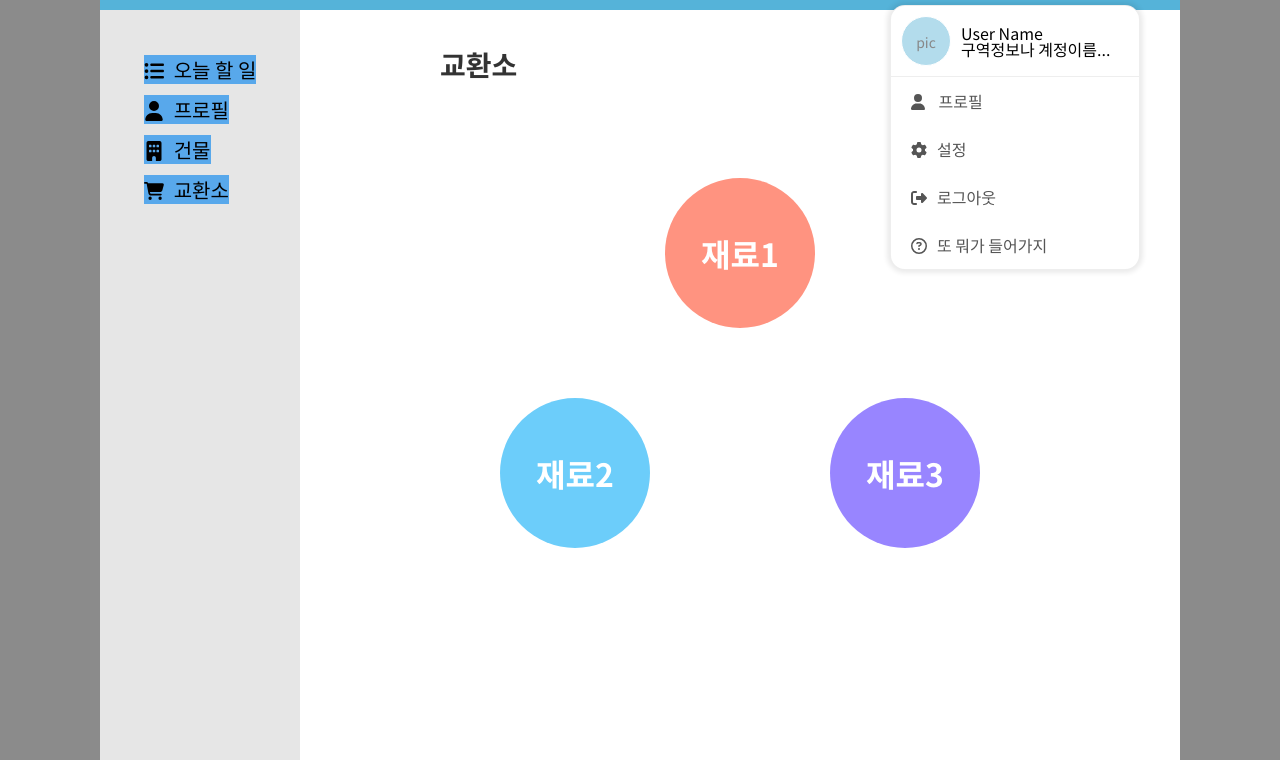
Repository: sunoo-lee/toVillage-old
Page: /#/trade
An editor plug-in stored every save of this project. The page is shown before and after the next save, followed by the edit.
The browser window is 1280 px wide. The pictures show the whole page.
The project was rebuilt for these pictures with package versions that can differ from the ones it lists, and the page was loaded fresh each time. Also part of the build but not shown: src/routes/Auth.js, src/components/Todo.js, src/components/AddForm.js, src/components/Main.js, src/routes/Home.js, src/components/MyProfile.js, src/routes/Profile.js, src/components/Area.module.css and 2 more.

Above is the page before, as saved 2022-10-13 03:01:29.

### src/components/App.js
import React, { useState } from "react";
import AppRouter from "./Router";

function App() {
  const [isLoggedIn, setIsLoggedIn] = useState(true);
  const onClick = () => {
    setIsLoggedIn(!isLoggedIn);
  };
  return (
    <>
      <AppRouter onClick={onClick} isLoggedIn={isLoggedIn} />
    </>
  );
}

export default App;

### src/style.css
@import url("https://fonts.googleapis.com/css2?family=Noto+Sans+KR:wght@400;500;700&display=swap");

* {
  box-sizing: border-box;
}

html,
body {
  padding: 0;
  margin: 0;
  font-family: "Noto Sans KR", -apple-system, BlinkMacSystemFont, Segoe UI,
    Roboto, Oxygen, Ubuntu, Cantarell, Fira Sans, Droid Sans, Helvetica Neue,
    sans-serif;
}

body {
  display: flex;
  justify-content: center;
  align-items: center;
  height: 800px;
  width: 1080px;
  margin: auto;
  height: 100vh;
  background-color: #9dbac7;
  background-color: #8b8b8b;
}

.container {
  background-color: aliceblue;
  background-color: #ffffff;
  min-width: 600px;
  width: 1080px;
  height: 800px;
  padding-left: 200px;
  padding-top: 50px;
  display: flex;
  justify-content: center;
}

### src/components/Router.js
import { HashRouter as Router, Routes, Route } from "react-router-dom";
import Auth from "../routes/Auth";
import Home from "../routes/Home";
import Profile from "../routes/Profile";
import Building from "../routes/Building";
import Trade from "../routes/Trade";
import Header from "./Header";
import Navigation from "./Navigation";

const AppRouter = ({ onClick, isLoggedIn }) => {
  return (
    <Router>
      {isLoggedIn}
      <Header />
      <Navigation onClick={onClick} />
      <Routes>
        {isLoggedIn ? (
          <>
            <Route
              exact
              path="/"
              element={<Home onClick={onClick} isLoggedIn={isLoggedIn} />}
            />
            <Route path="/profile" element={<Profile />} />
            <Route path="/building" element={<Building />} />
            <Route path="/trade" element={<Trade />} />
          </>
        ) : (
          <>
            <Route exact path="/" element={<Auth />} />
          </>
        )}
      </Routes>
    </Router>
  );
};

export default AppRouter;

### src/routes/Trade.js
import React from "react";
import TradingShop from "../components/TradingShop";

const Trade = () => {
  return (
    <>
      <div className={"container"}>
        <TradingShop />
      </div>
    </>
  );
};

export default Trade;

### src/components/Header.js
import { React } from "react";
import styles from "./Header.module.css";
import { FontAwesomeIcon } from "@fortawesome/react-fontawesome";
import { faBars, faUser } from "@fortawesome/free-solid-svg-icons";
import Dropdown from "./Dropdown";
// import MiniProfile from "./MiniProfile";

const Header = () => (
  <header id={styles.header}>
    <div className={styles.container}>
      <div className={styles.header_left}>
        <button className={styles.toggle_btn}>
          <FontAwesomeIcon icon={faBars} />
        </button>
      </div>
      <div className={styles.header_center}>
        {/* {new Date().getFullYear()}/{new Date().getMonth() + 1}/
      {new Date().getDate()} */}
      </div>
      <div className={styles.header_right}>
        <button>
          <FontAwesomeIcon icon={faUser} />
        </button>
        <Dropdown />
      </div>
    </div>
  </header>
);

export default Header;

### src/components/Navigation.js
import { React } from "react";
import { Link } from "react-router-dom";
// import MiniProfile from "./MiniProfile";
import styles from "./Navigation.module.css";
import { FontAwesomeIcon } from "@fortawesome/react-fontawesome";
import {
  faUser,
  faBuilding,
  faCartShopping,
  faListUl,
} from "@fortawesome/free-solid-svg-icons";

const Navigation = () => (
  <nav id={styles.nav}>
    {/* <MiniProfile /> */}
    <div className={styles.container}>
      <ul>
        <li>
          <Link to="/">
            <FontAwesomeIcon icon={faListUl} />
            <span>오늘 할 일</span>
          </Link>
        </li>
        <li>
          <Link to="/profile">
            <FontAwesomeIcon icon={faUser} />
            <span>프로필</span>
          </Link>
        </li>
        <li>
          <Link to="/building">
            <FontAwesomeIcon icon={faBuilding} />
            <span>건물</span>
          </Link>
        </li>
        <li>
          <Link to="/trade">
            <FontAwesomeIcon icon={faCartShopping} />
            <span>교환소</span>
          </Link>
        </li>
      </ul>
      {/* <button onClick={onClick}>SIGN OUT</button> */}
    </div>
  </nav>
);

export default Navigation;

### src/components/TradingShop.js
import React from "react";
import styles from "./TradingShop.module.css";
const TradingShop = () => {
  return (
    <div className={styles.container}>
      <h1>
        <span className={styles.title}>교환소</span>
      </h1>
      <div className={styles.table}>
        <ul>
          <li>
            <div className={`${styles.materials} ${styles.material_1}`}>
              재료1
            </div>
          </li>
          <li>
            <div className={`${styles.materials} ${styles.material_2}`}>
              재료2
            </div>
          </li>
          <li>
            <div className={`${styles.materials} ${styles.material_3}`}>
              재료3
            </div>
          </li>
        </ul>
      </div>
    </div>
  );
};

export default TradingShop;

### src/components/Header.module.css
:root {
  --theme_color: #55b3d9;
}

#header {
  position: absolute;
  width: 1080px;
  z-index: 100;
}

.container {
  background-color: #bce5f5;
  background-color: var(--theme_color);
  width: 100%;
  height: 50px;
  display: flex;
  justify-content: space-between;
  align-items: center;
  padding: 0 40px;
}
.header_left .toggle_btn {
  width: 30px;
  height: 30px;
  border: none;
  outline: none;
  border-radius: 50%;
  background-color: whitesmoke;
  background-color: transparent;
  color: #ffffff;
  cursor: pointer;
  font-size: 1.3rem;
}
.header_center {
  font-weight: 700;
  font-size: 1.4em;
}

.header_right button {
  width: 30px;
  height: 30px;
  border: none;
  outline: none;
  border-radius: 50%;
  background-color: whitesmoke;
  cursor: pointer;
  text-align: center;
  color: var(--theme_color);
}

### src/components/Dropdown.js
import React from "react";
import styles from "./MyProfile.module.css";
import { FontAwesomeIcon } from "@fortawesome/react-fontawesome";
import {
  faUser,
  faGear,
  faRightFromBracket,
} from "@fortawesome/free-solid-svg-icons";
import { faCircleQuestion } from "@fortawesome/free-regular-svg-icons";

const Dropdown = () => (
  <div className={styles.card}>
    <div className={styles.userBx}>
      <div className={styles.imgbx}>pic</div>
      <div className={styles.userinfo}>
        <p>User Name</p>
        <p>구역정보나 계정이름...</p>
      </div>
    </div>
    <ul className={styles.menu}>
      <li>
        <FontAwesomeIcon icon={faUser} /> <span>프로필</span>
      </li>
      <li>
        <FontAwesomeIcon icon={faGear} />
        <span>설정</span>
      </li>
      <li>
        <FontAwesomeIcon icon={faRightFromBracket} />
        <span>로그아웃</span>
      </li>
      <li>
        <FontAwesomeIcon icon={faCircleQuestion} />
        <span>또 뭐가 들어가지</span>
      </li>
    </ul>
  </div>
);

export default Dropdown;

### src/components/Navigation.module.css
#nav {
  width: 200px;
  height: 800px;
  position: absolute;
  z-index: 50;
  padding-top: 50px;
  background-color: #e6e6e6;
  display: flex;
  align-items: center;
  flex-direction: column;
  padding: 60px 10px 10px;
}

.container {
  position: relative;
  margin-top: 10px;
  width: 100%;
  border-radius: 20px;
  padding: 20px 0;
  display: flex;
  flex-direction: column;
  align-items: center;
}
.container ul {
  text-align: left;
}
.container ul li a {
  font-size: 20px;
  color: #696969;
  color: #000000;
  font-weight: 500;
  line-height: 40px;
  text-decoration: none;
  background-color: #58a8eb;
}
.container ul li:hover {
}
.container ul li a svg {
  width: 20px;
  margin-right: 10px;
}

.container button {
  position: absolute;
  bottom: 20px;
  padding: 7px 10px;
  border-radius: 5px;
  border: none;
  outline: none;
  font-size: 1em;
  font-weight: 700;
  background-color: #58a8eb;
  color: #ffffff;
  cursor: pointer;
}

### src/components/Main.module.css
:root {
  --theme_color: #55b3d9;
}

.container {
  margin-top: 40px;
  width: 600px;
}

.container h1 {
  margin-bottom: 20px;
}

.title {
  font-size: 28px;
  font-weight: 700;
  color: #333333;
}

.list {
  width: 600px;
  /* margin: 20px 0; */
}

.list .item {
  background-color: #ffffff;
  padding: 5px 0;
  line-height: 28px;
  display: flex;
  align-items: center;
  justify-content: space-between;
  border-bottom: 1px solid #c7c7c7;
}

.list .item:first-child {
  border-top: 1px solid #c7c7c7;
}

.list .item input[type="checkbox"] {
  width: 20px;
  height: 20px;
  border-radius: 50px;
  border: 1px solid #999999;
  appearance: none;
  margin-right: 10px;
}

.list .item input[type="checkbox"]:checked {
  background: var(--theme_color);
  border: none;
}
.list .item div {
  margin: auto 0;
  display: flex;
}
.list .item div button {
  border-radius: 50%;
  border: none;
  margin: auto 3px;
  height: 24px;
  width: 24px;
  box-shadow: 0 0 3px 0 #00000088;
  background-color: #ffffff;
  color: #333333;
}

.add_form {
  position: relative;
}

.add_form .list_input {
  margin: 5px 0;
  width: 600px;
  font-size: 16px;
  padding: 7px 15px;
  border: 1px solid #c7c7c7;
  border-radius: 5px;
}

.add_form .list_input:focus {
  outline: none;
  border: 1px solid var(--theme_color);
}

.add_form .add_btn {
  display: block;
  position: absolute;
  right: 0;
  font-size: 14px;
  background-color: var(--theme_color);
  border: 1px solid var(--theme_color);
  /* border: none; */
  border-radius: 5px;
  padding: 5px 10px;
  color: #ffffff;
  font-weight: 700;
  cursor: pointer;
}

### src/components/MyProfile.module.css
:root {
  --border_option: 1px solid #666666;
  /* --border_option: none; */
  --shadow_option: 0 0 5px 1px #00000088;
  --theme_color: #55b3d9;
}
.container {
  display: flex;
  flex-direction: column;
  justify-content: flex-start;
  align-items: center;
  padding: 60px;
}

.pic {
  width: 200px;
  height: 200px;
  background-color: #ffffff;
  border-radius: 50%;
  box-shadow: 0 15px 50px #00000041;
  line-height: 200px;
  text-align: center;
  font-size: 20px;
  color: #888888;
  font-weight: 700;
  margin-bottom: 30px;
}
.nickname {
  color: #666666;
  font-size: 36px;
  font-weight: 700;
  margin-bottom: 20px;
}
.area {
  font-size: 26px;
  font-weight: 700;
  color: #888888;
}
.materials {
  display: flex;
  margin: 40px 0;
}
.materials li {
  margin: 0 10px;
}
.materials div {
  width: 80px;
  height: 80px;
  background-color: #ffffff;
  border-radius: 50%;
  line-height: 80px;
  text-align: center;
  margin-bottom: 10px;
  color: #666666;
  border-radius: 50%;
  background-color: #55b4d975;
  font-size: 1.2em;
  color: #999999;
}
.materials span {
  display: block;
  width: 80px;
  text-align: center;
  font-size: 1.6em;
  color: #555555;
  line-height: 1.2em;
  font-weight: 600;
}
.box_btn {
  border-radius: 5px;
  padding: 16px 20px;
  border: none;
  outline: none;
  font-size: 1.4em;
  font-weight: 700;
  background-color: var(--theme_color);
  color: #ffffff;
  cursor: pointer;
}

/* ----------------------mini profile-------------------------- */

.card {
  position: absolute;
  width: 250px;
  height: 265px;
  background-color: #ffffff;
  border-radius: 15px;
  box-shadow: 0 0 5px 3px #00000015;
  border: 1px solid #00000011;
  overflow: hidden;
  right: 40px;
  top: 45px;
}
.userBx {
  position: relative;
  display: flex;
  align-items: center;
  padding: 10px;
}

.imgbx {
  border: 1px solid #ffffff;
  position: relative;
  width: 50px;
  height: 50px;
  background-color: #b3dcec;
  border-radius: 50%;
  font-size: 14px;
  text-align: center;
  color: #888888;
  line-height: 50px;
  margin-right: 10px;
}

.menu {
  position: absolute;
  width: 100%;
  height: auto;
  border-top: 1px solid #00000011;
}
.menu li {
  padding: 0 20px;
  color: #555555;
  cursor: pointer;
}
.menu li:hover {
  background-color: #c9dee6;
}
.menu li span {
  display: inline-block;
  margin: 16px 10px;
}

### src/components/TradingShop.module.css
.container {
  margin-top: 40px;
  width: 600px;
}

.container h1 {
  margin-bottom: 20px;
}

.container h1 .title {
  position: relative;
  font-size: 28px;
  font-weight: 700;
  color: #333333;
}

.container .table ul li {
  position: relative;
}

.container .table .materials {
  width: 150px;
  height: 150px;
  color: #333333;
  font-size: 32px;
  font-weight: 700;
  color: #ffffff;
  border: none;
  border-radius: 50%;
  text-align: center;
  line-height: 150px;
  position: absolute;
}

.container .table .material_1 {
  background-color: #ff9380;
  left: 50%;
  top: 80px;
  transform: translateX(-50%);
}
.container .table .material_2 {
  background-color: #6ccdfa;
  top: 300px;
  left: 10%;
}
.container .table .material_3 {
  background-color: #9885ff;
  top: 300px;
  right: 10%;
}

Loaded but not shown: public/index.html (common file); src/index.js (common file); src/reset.css (common file)

After the next save:
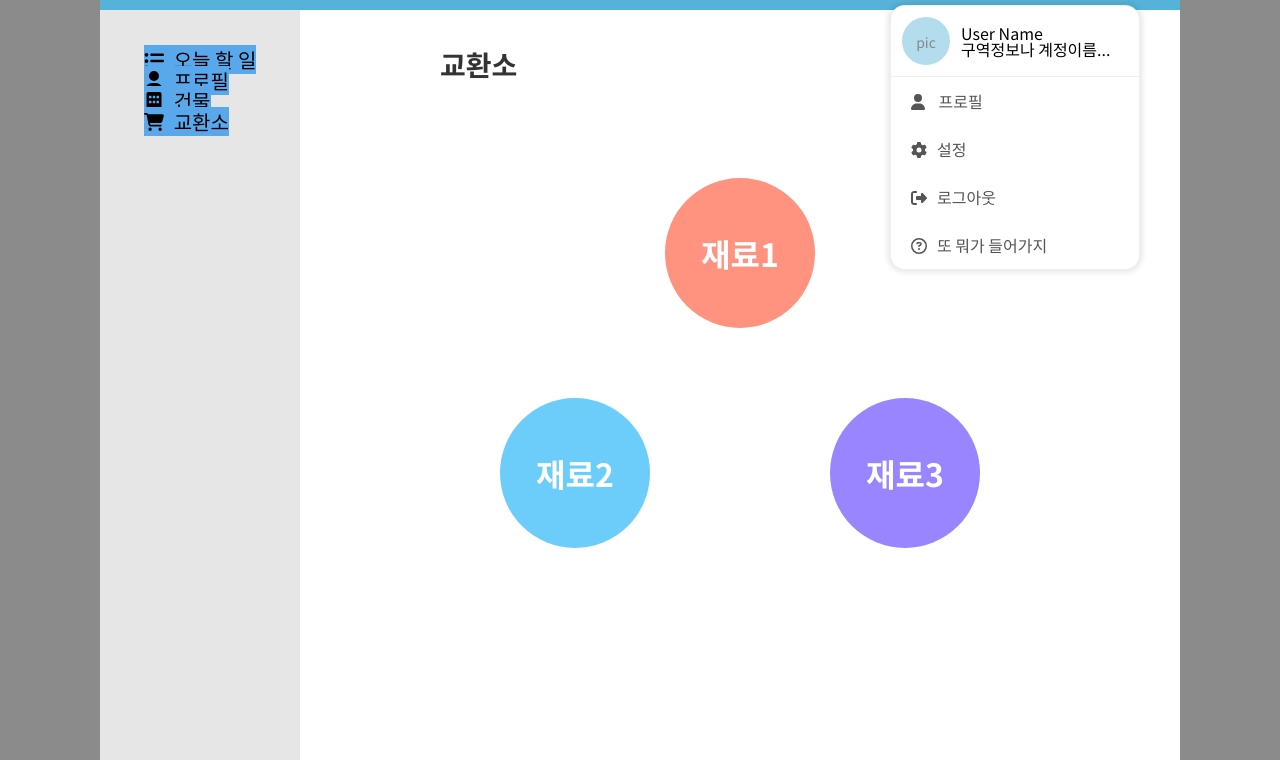
Saved 5 min 23 s later.
--- a/src/components/Navigation.module.css
+++ b/src/components/Navigation.module.css
@@ -29,7 +29,7 @@
   color: #696969;
   color: #000000;
   font-weight: 500;
-  line-height: 40px;
+  /* line-height: 40px; */
   text-decoration: none;
   background-color: #58a8eb;
 }
